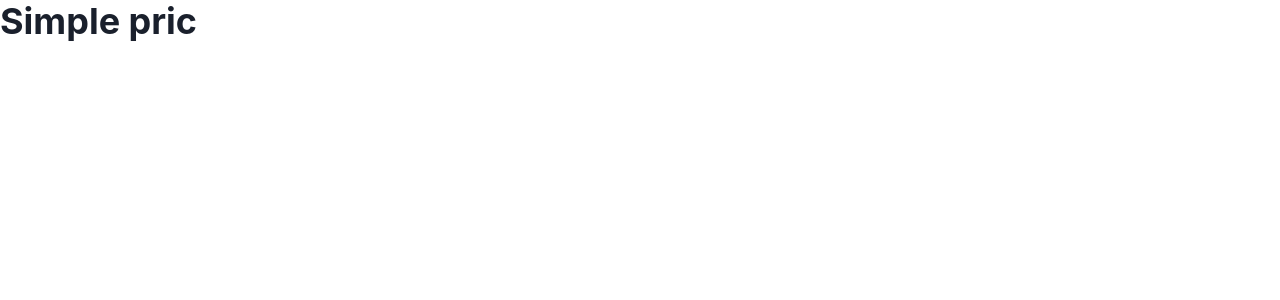
Repository: noutijo/learn-in-depth-chakra-ui
Page: /
An editor plug-in stored every save of this project. The page is shown before and after the next save, followed by the edit.
The browser window is 1280 px wide. The pictures show the whole page.
The project was rebuilt for these pictures with package versions that can differ from the ones it lists, and the page was loaded fresh each time. Also part of the build but not shown: vite.config.ts.

Above is the page before, as saved 2023-01-30 14:44:12.

After the next save:
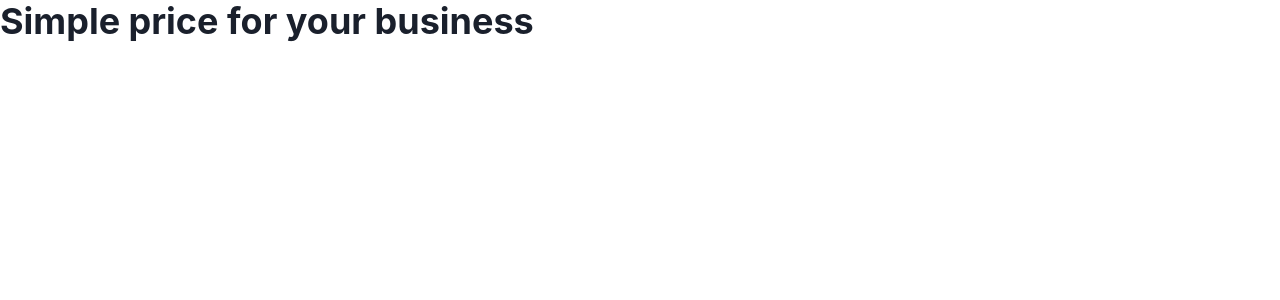
Saved 8 s later.
--- a/src/components/Header.tsx
+++ b/src/components/Header.tsx
@@ -4,7 +4,7 @@ import { Box, Heading, Text } from "@chakra-ui/react";
 export function Header() {
   return (
       <Box>
-        <Heading>Simple pric </Heading>
+        <Heading>Simple price for your business</Heading>
         <Text></Text>
       </Box>
   );
